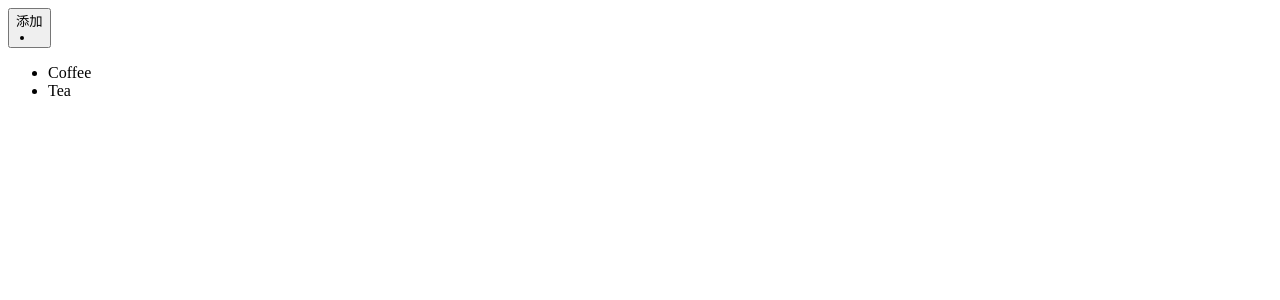
Repository: Jhin7782/HBuilder-Projects
Page: _src/frame/dom节点操作相关/1.新增节点2.html
An editor plug-in stored every save of this project. The page is shown before and after the next save, followed by the edit.
The browser window is 1280 px wide. The pictures show the whole page.

Above is the page before, as saved 2017-06-10 04:56:59.

### _src/frame/dom节点操作相关/1.新增节点2.html
<!DOCTYPE html>
<html>

	<head>
		<meta charset="utf-8" />
		<title></title>
		<script src="js/EleUtil.js" type="text/javascript" charset="utf-8"></script>
		<script src="js/EventUtil.js" type="text/javascript" charset="utf-8"></script>
	</head>

	<body>
		<button id="addEle">添加<li></button>
		<ul id="myList">
			<li>Coffee</li>
			<li>Tea</li>
		</ul>

		<script>
			var list = document.getElementById("myList");

			function myFunction() {
				var newItem = document.createElement("li");
				var textNode = document.createTextNode("Water");
				newItem.appendChild(textNode);
				list.insertBefore(newItem, list.childNodes[0]);
			}
		</script>
	</body>

</html>

### _src/frame/dom节点操作相关/js/EleUtil.js
var EleUtil = {
	createEle: function createEle(parentObj, eleName, eleId, eleSrc) {
		console.log("onclick");
		var parentObj = document.getElementById(parentObj);
		var newEle = document.createElement(eleName);
		if(eleId) {
			newEle.id = eleId;
		}
		if (eleSrc) {
			newEle.src = eleSrc;
		}
		parentObj.appendChild(newEle);
		return newEle;
	}
}

### _src/frame/dom节点操作相关/js/EventUtil.js
var EventUtil = {
	addHandler: function(element, type, handler) { //添加事件
		if(element.addEventListener) {
			element.addEventListener(type, handler, false); //使用DOM2级方法添加事件
		} else if(element.attachEvent) { //使用IE方法添加事件
			element.attachEvent("on" + type, handler);
		} else {
			element["on" + type] = handler; //使用DOM0级方法添加事件
		}
	},

	removeHandler: function(element, type, handler) { //取消事件
		if(element.removeEventListener) {
			element.removeEventListener(type, handler, false);
		} else if(element.detachEvent) {
			element.detachEvent("on" + type, handler);
		} else {
			element["on" + type] = null;
		}
	},

	getEvent: function(event) { //使用这个方法跨浏览器取得event对象
		return event ? event : window.event;
	},

	getTarget: function(event) { //返回事件的实际目标
		return event.target || event.srcElement;
	},

	preventDefault: function(event) { //阻止事件的默认行为
		if(event.preventDefault) {
			event.preventDefault();
		} else {
			event.returnValue = false;
		}
	},

	stopPropagation: function(event) { //立即停止事件在DOM中的传播
		//避免触发注册在document.body上面的事件处理程序
		if(event.stopPropagation) {
			event.stopPropagation();
		} else {
			event.cancelBubble = true;
		}
	},

	getRelatedTarget: function(event) { //获取mouseover和mouseout相关元素
		if(event.relatedTarget) {
			return event.relatedTarget;
		} else if(event.toElement) { //兼容IE8-
			return event.toElement;
		} else if(event.formElement) {
			return event.formElement;
		} else {
			return null;
		}
	},

	getButton: function(event) { //获取mousedown或mouseup按下或释放的按钮是鼠标中的哪一个
		if(document.implementation.hasFeature("MouseEvents", "2.0")) {
			return event.button;
		} else {
			switch(event.button) { //将IE模型下的button属性映射为DOM模型下的button属性
				case 0:
				case 1:
				case 3:
				case 5:
				case 7:
					return 0; //按下的是鼠标主按钮（一般是左键）
				case 2:
				case 6:
					return 2; //按下的是中间的鼠标按钮
				case 4:
					return 1; //鼠标次按钮（一般是右键）
			}
		}
	},

	getWheelDelta: function(event) { //获取表示鼠标滚轮滚动方向的数值
		if(event.wheelDelta) {
			return event.wheelDelta;
		} else {
			return -event.detail * 40;
		}
	},

	getCharCode: function(event) { //以跨浏览器取得相同的字符编码，需在keypress事件中使用
		if(typeof event.charCode == "number") {
			return event.charCode;
		} else {
			return event.keyCode;
		}
	}

};

After the next save:
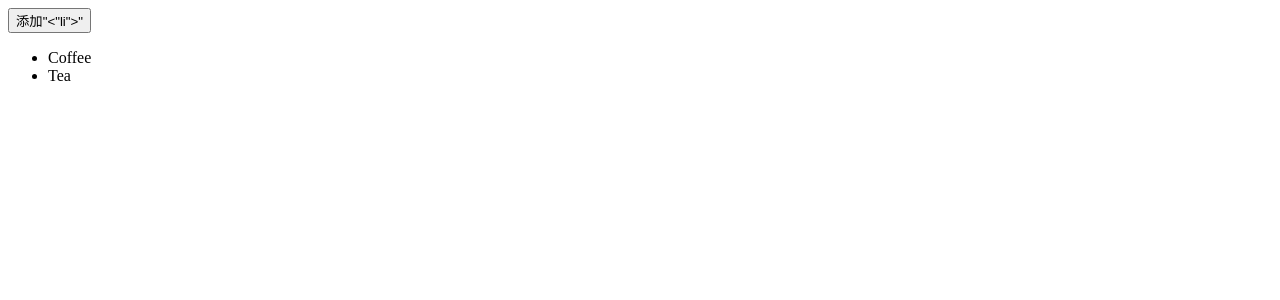
Saved 16 s later.
--- a/_src/frame/dom节点操作相关/1.新增节点2.html
+++ b/_src/frame/dom节点操作相关/1.新增节点2.html
@@ -9,7 +9,7 @@
 	</head>
 
 	<body>
-		<button id="addEle">添加<li></button>
+		<button id="addEle">添加"<"li">"</button>
 		<ul id="myList">
 			<li>Coffee</li>
 			<li>Tea</li>
